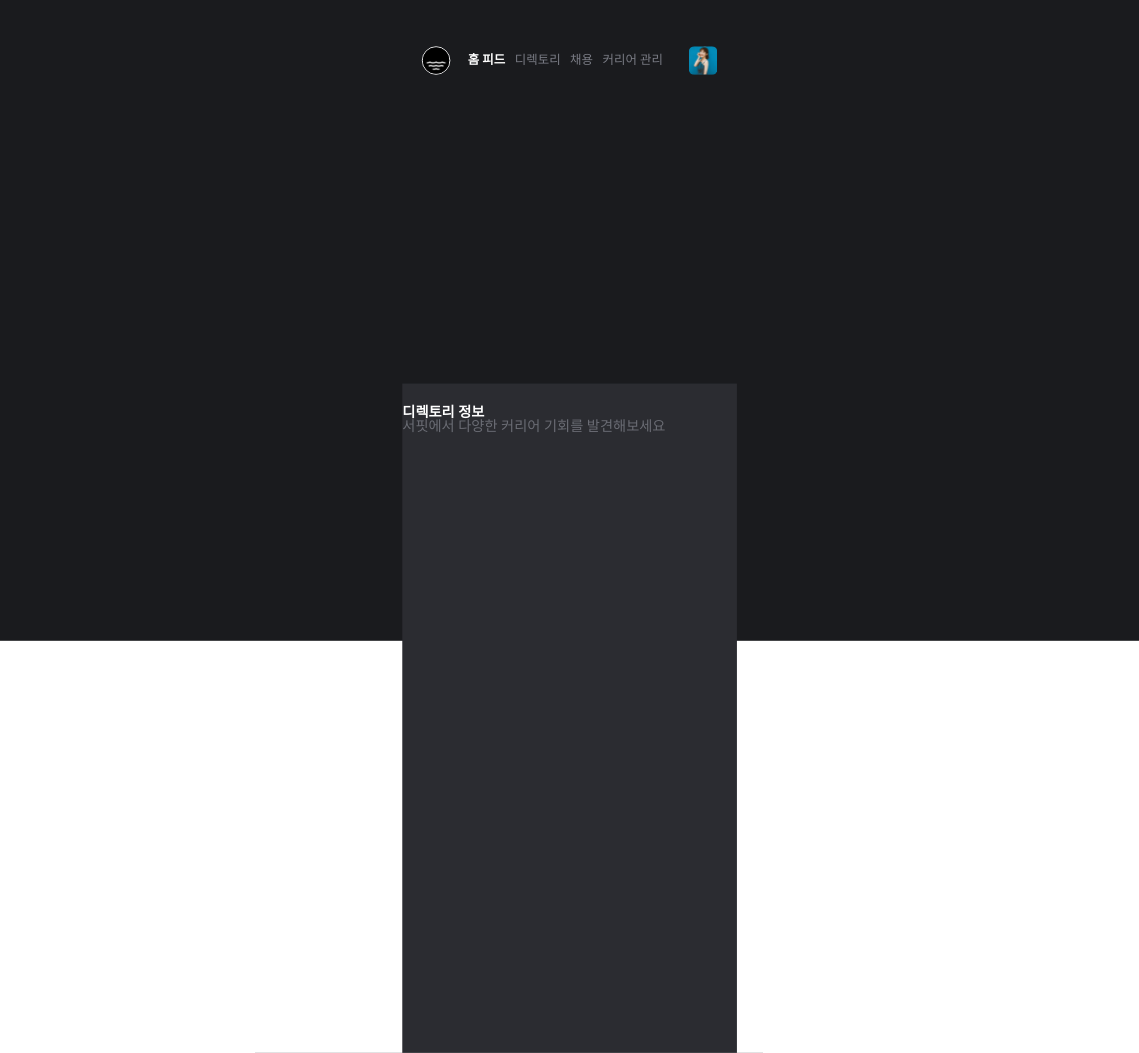
Repository: CDS-seminar-6/frontend
Page: /profile
The author's editor kept a copy of each file at every save. The page is drawn from the files as they stood at one save, then again after the next save.
The browser window is 1280 px wide. The pictures show the whole page, at 89% of full size.
The project was rebuilt for these pictures with package versions that can differ from the ones it lists, and the page was loaded fresh each time. Also part of the build but not shown: src/components/common/MenuList.jsx, src/pages/Profile.jsx.

Above is the page before, as saved 2022-05-25 17:54:57.

### src/index.jsx
import App from 'App.jsx';
import React from 'react';
import ReactDOM from 'react-dom/client';

const root = ReactDOM.createRoot(document.getElementById('root'));
root.render(
  <React.StrictMode>
    <App />
  </React.StrictMode>,
);

### src/App.jsx
import Router from 'cores/router';
import { ThemeProvider } from 'styled-components';
import GlobalStyle from 'styles/globalStyle';
import { theme } from 'styles/theme';

function App() {
  return (
    <>
      <GlobalStyle />
      <ThemeProvider theme={theme}>
        <Router />
      </ThemeProvider>
    </>
  );
}

export default App;

### src/cores/router.jsx
import Profile from 'pages/Profile';
import SurfitProfile from 'pages/SurfitProfile';
import React from 'react';
import { BrowserRouter, Route, Routes } from 'react-router-dom';

function Router() {
  return (
    <BrowserRouter>
      <Routes>
        <Route path="/" element={<Profile />} />
        <Route path="/profile" element={<SurfitProfile />} />
      </Routes>
    </BrowserRouter>
  );
}

export default Router;

### src/styles/globalStyle.js
import { createGlobalStyle } from 'styled-components';
import { reset } from 'styled-reset';

const GlobalStyle = createGlobalStyle`
  ${reset}

  #root, body, html {
    width: 100%;
    height: 100%;
    font-size: 62.5%;
  }

  * {
    box-sizing: border-box;
	}

  button:hover {
    cursor: pointer;
  }
`;

export default GlobalStyle;

### src/styles/theme.js
export const theme = {
  colors: {
    surfit_black_1: '#1A1B1E',
    surfit_black_2: '#2B2C31',
    surfit_black_3: '#323339',
    surfit_grey_1: '#4A4C52',
    surfit_grey_2: '#6A6C74',
    surfit_grey_3: '#7A7C85',
    surfit_blue: '#3D6AFF',
    surfit_white: '#FFFFFF',
  },
};

### src/pages/SurfitProfile.jsx
import DirectoryInfo from 'components/surfitProfile/DirectoryInfo';
import Navbar from 'components/surfitProfile/Navbar';
import React from 'react';
import styled from 'styled-components';
import { theme } from 'styles/theme';

function SurfitProfile() {
  return (
    <StyledRoot>
      <Navbar />
      <DirectoryInfo />
    </StyledRoot>
  );
}

export default SurfitProfile;

const StyledRoot = styled.main`
  display: flex;
  flex-direction: column;
  justify-content: center;
  align-items: center;
  font-size: 8rem;
  width: 100%;
  height: 100%;
  background-color: ${theme.colors.surfit_black_1};
`;

### src/components/surfitProfile/DirectoryInfo.jsx
import { React } from 'react';
import styled from 'styled-components';
import { theme } from 'styles/theme';

const InfoContainer = styled.div`
  position: absolute;
  background-color: ${theme.colors.surfit_black_2};
  margin: 89.3rem 0 auto;
  width: 37.6rem;
  height: 75.2rem;
`;

const Title = styled.h1`
  font-size: 1.6rem;
  font-weight: bold;
  color: ${theme.colors.surfit_white};
  margin: 2.4rem 0 auto;
`;

const Contents = styled.p`
  font-size: 1.6rem;
  color: ${theme.colors.surfit_grey_2};
`;

function DirectoryInfo() {
  return (
    <InfoContainer>
      <Title>디렉토리 정보</Title>
      <Contents>서핏에서 다양한 커리어 기회를 발견해보세요</Contents>
    </InfoContainer>
  );
}

export default DirectoryInfo;

### src/components/surfitProfile/Navbar.jsx
import logo from 'assets/icon_logo.svg';
import profilePic from 'assets/mockup_profile.svg';
import { React } from 'react';
import styled from 'styled-components';
import { theme } from 'styles/theme';

const NavContainer = styled.ul`
  display: flex;
  align-items: center;
  justify-content: space-around;
  list-style: none;
  width: 34.3rem;
  height: 3.2rem;
  font-size: 1.4rem;
  color: ${theme.colors.surfit_grey_3};
  margin: 5.2rem 0 auto;
`;

const Img = styled.img`
  width: 3.2rem;
  height: 3.2rem;
`;

const Logo = styled(Img)`
  border: 1.5px solid white;
  border-radius: 10rem;
  rotate: 0.04deg;
  margin-right: 0.9rem;
`;
const Profile = styled(Img)`
  margin-left: 1.85rem;
`;

const SelectedCategory = styled.text`
  font-weight: bold;
  color: ${theme.colors.surfit_white};
`;

function Navbar() {
  return (
    <NavContainer>
      <Logo src={logo} />
      <SelectedCategory className="HomeFeed">홈 피드</SelectedCategory>
      <li className="Directory">디렉토리</li>
      <li className="recruiting">채용</li>
      <li className="CareerManage">커리어 관리</li>
      <Profile src={profilePic} />
    </NavContainer>
  );
}

export default Navbar;

Loaded but not shown: public/index.html (common file)

After the next save:
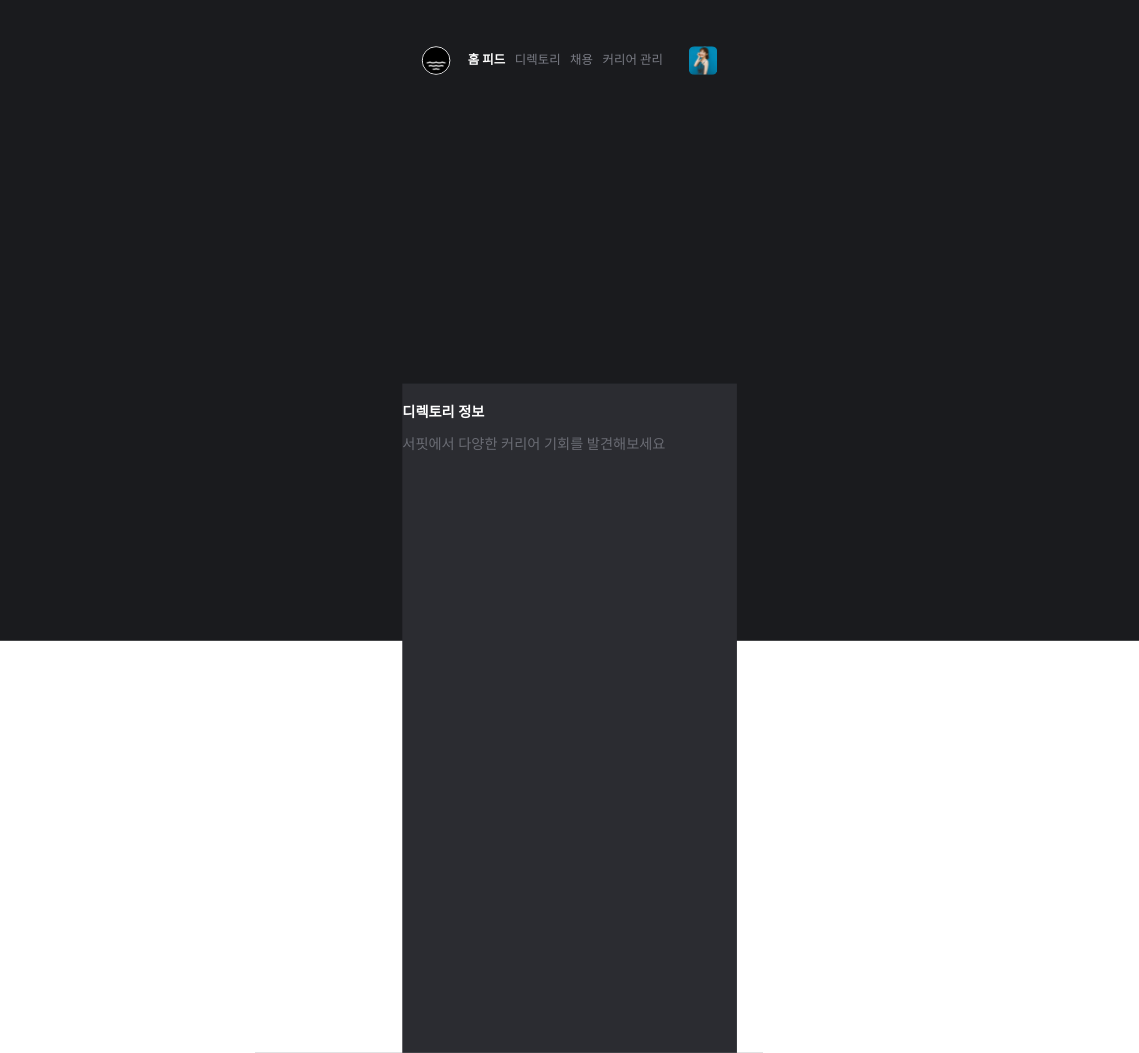
Saved 34 s later.
--- a/src/components/surfitProfile/DirectoryInfo.jsx
+++ b/src/components/surfitProfile/DirectoryInfo.jsx
@@ -20,6 +20,7 @@
 const Contents = styled.p`
   font-size: 1.6rem;
   color: ${theme.colors.surfit_grey_2};
+  margin: 2rem 0 auto;
 `;
 
 function DirectoryInfo() {
